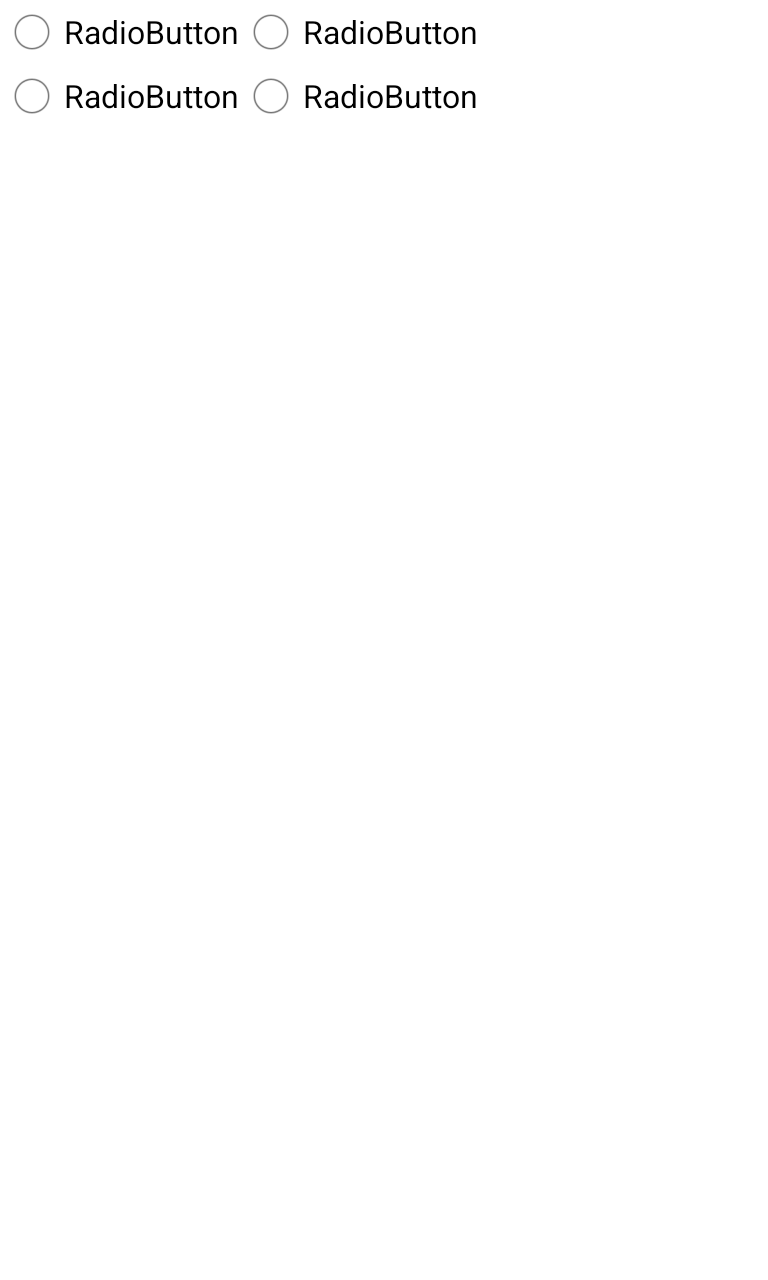
Repository: IgnacioRV/AndroidDev
Layout: ProjectYasuo/res/layout/adv_screen.xml
An editor plug-in stored every save of this project. The layout is shown before and after the next save, followed by the edit.
It is drawn on a 768 x 1280 px phone screen (xhdpi) without system bars, with theme AppTheme; the app's code is not run.

Above is the layout before, as saved 2016-01-25 17:23:07.

### ProjectYasuo/res/layout/adv_screen.xml
<?xml version="1.0" encoding="utf-8"?>
<LinearLayout xmlns:android="http://schemas.android.com/apk/res/android"
    android:layout_width="match_parent"
    android:layout_height="match_parent"
    android:orientation="vertical" >

    <LinearLayout
        android:layout_width="match_parent"
        android:layout_height="wrap_content"
        android:orientation="horizontal" >

        <RadioButton
            android:id="@+id/radioButton1"
            android:layout_width="wrap_content"
            android:layout_height="wrap_content"
            android:text="RadioButton" />

        <RadioButton
            android:id="@+id/radioButton2"
            android:layout_width="wrap_content"
            android:layout_height="wrap_content"
            android:text="RadioButton" />
    </LinearLayout>

    <LinearLayout
        android:layout_width="match_parent"
        android:layout_height="wrap_content"
        android:orientation="horizontal" >

        <RadioButton
            android:id="@+id/radioButton3"
            android:layout_width="wrap_content"
            android:layout_height="wrap_content"
            android:text="RadioButton" />

        <RadioButton
            android:id="@+id/radioButton4"
            android:layout_width="wrap_content"
            android:layout_height="wrap_content"
            android:text="RadioButton" />
    </LinearLayout>

</LinearLayout>

Loaded but not shown: ProjectYasuo/res/values/styles.xml (common file); ProjectYasuo/res/values-v11/styles.xml (common file); ProjectYasuo/res/values-v14/styles.xml (common file)

After the next save:
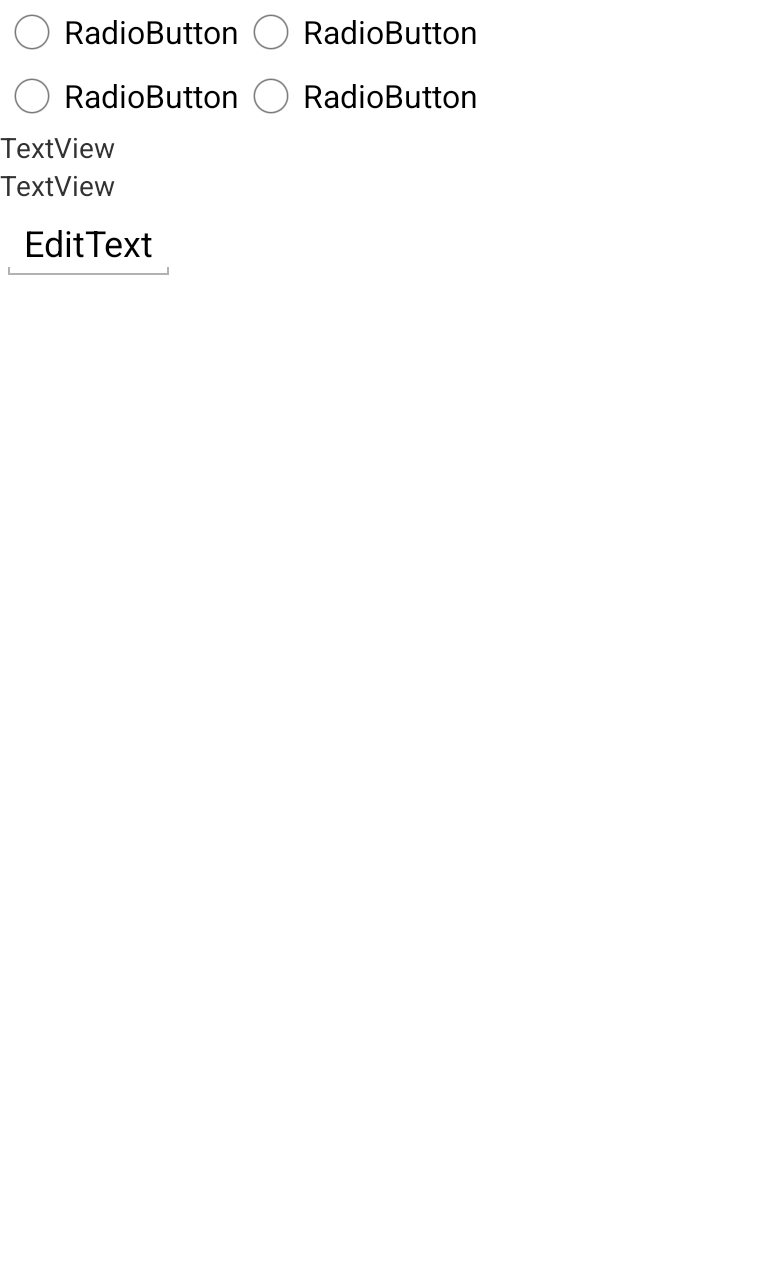
Saved 97 min 3 s later.
--- a/ProjectYasuo/res/layout/adv_screen.xml
+++ b/ProjectYasuo/res/layout/adv_screen.xml
@@ -40,4 +40,21 @@
             android:text="RadioButton" />
     </LinearLayout>
 
+    <TextView
+        android:id="@+id/textView1"
+        android:layout_width="wrap_content"
+        android:layout_height="wrap_content"
+        android:text="TextView" />
+
+    <TextView
+        android:id="@+id/textView2"
+        android:layout_width="wrap_content"
+        android:layout_height="wrap_content"
+        android:text="TextView" />
+
+    <EditText
+         android:layout_width="wrap_content"
+        android:layout_height="wrap_content"
+        android:text="EditText" />
+
 </LinearLayout>
